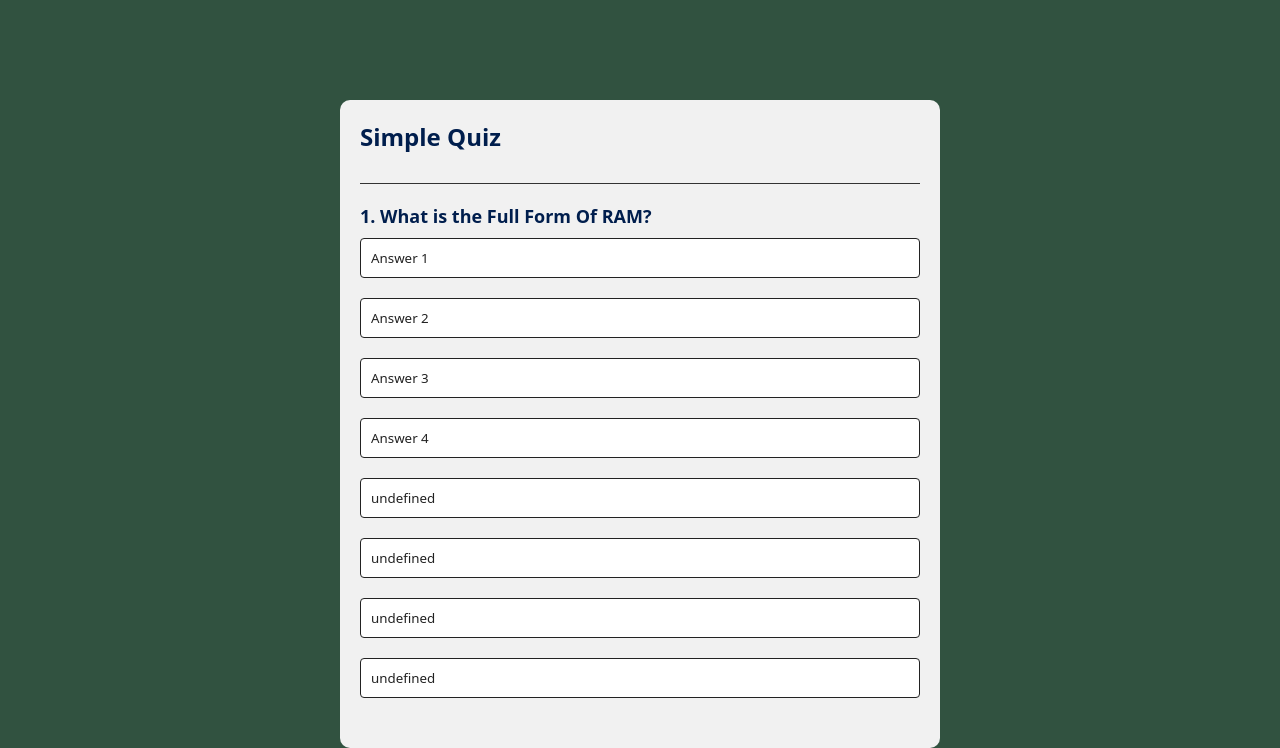
Repository: VickyJacob23/Quiz-App
Page: index.html
An editor plug-in stored every save of this project. The page is shown before and after the next save, followed by the edit.
The browser window is 1280 px wide. The pictures show the whole page.

Above is the page before, as saved 2024-08-05 16:42:20.

After the next save:
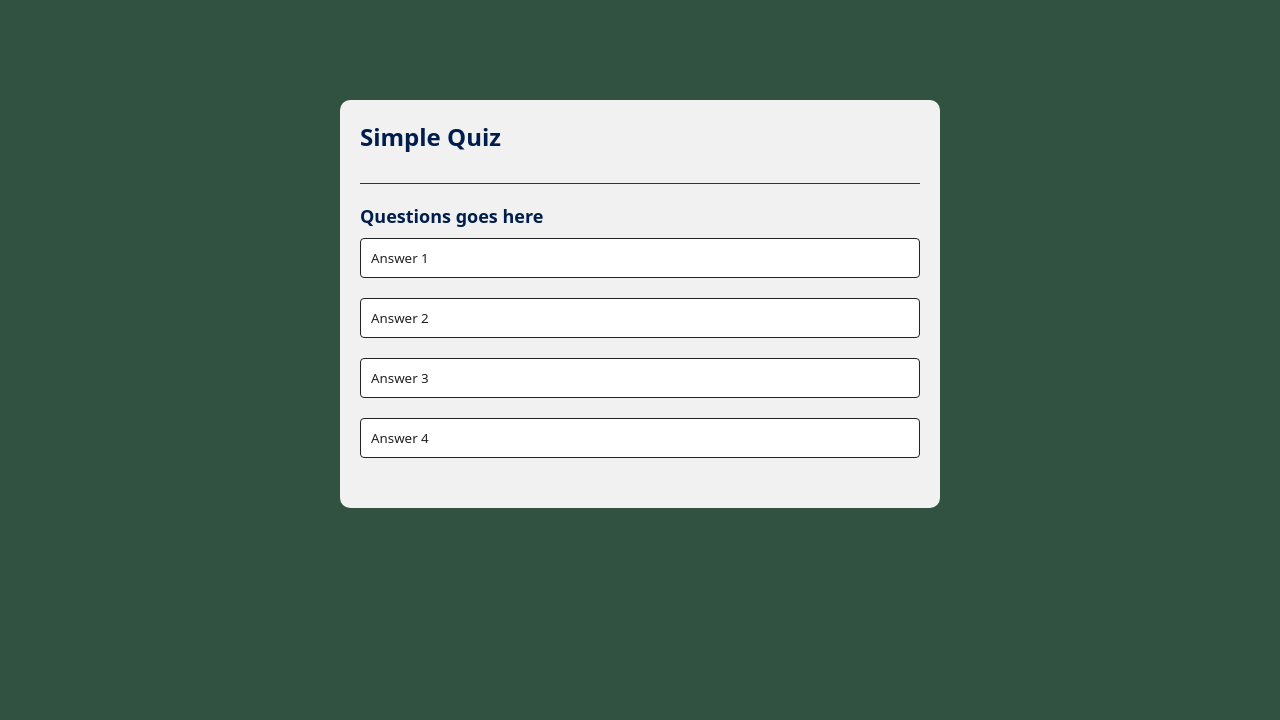
Console error: SyntaxError: Unexpected identifier 'hid'
Saved 2 min 0 s later.
--- a/script.js
+++ b/script.js
@@ -85,7 +85,7 @@
 
 //function that will be called to displays the questions
 function showQuestion() {
-    // resetState();
+    resetState();
     let currentQuestion = questions[currentQuestionIndex];
     let nextQuestion = currentQuestionIndex + 1;
     questionEl.innerHTML = nextQuestion + ". " + currentQuestion.question;
@@ -101,11 +101,11 @@
 
 startQuiz();
 
-//function to hid the previous state
-// function resetState() {
-//     nextButton.styles.display = "none";
-//     while (answerButtons.firstChild) {
-//         answerButtons.removeChild(answerButtons.firstChild);
-//     };
-// }
-// startQuiz();
+function to hid the previous state
+function resetState() {
+    nextButton.styles.display = "none";
+    while (answerButtons.firstChild) {
+        answerButtons.removeChild(answerButtons.firstChild);
+    };
+}
+startQuiz();

After the 2 saves that followed:
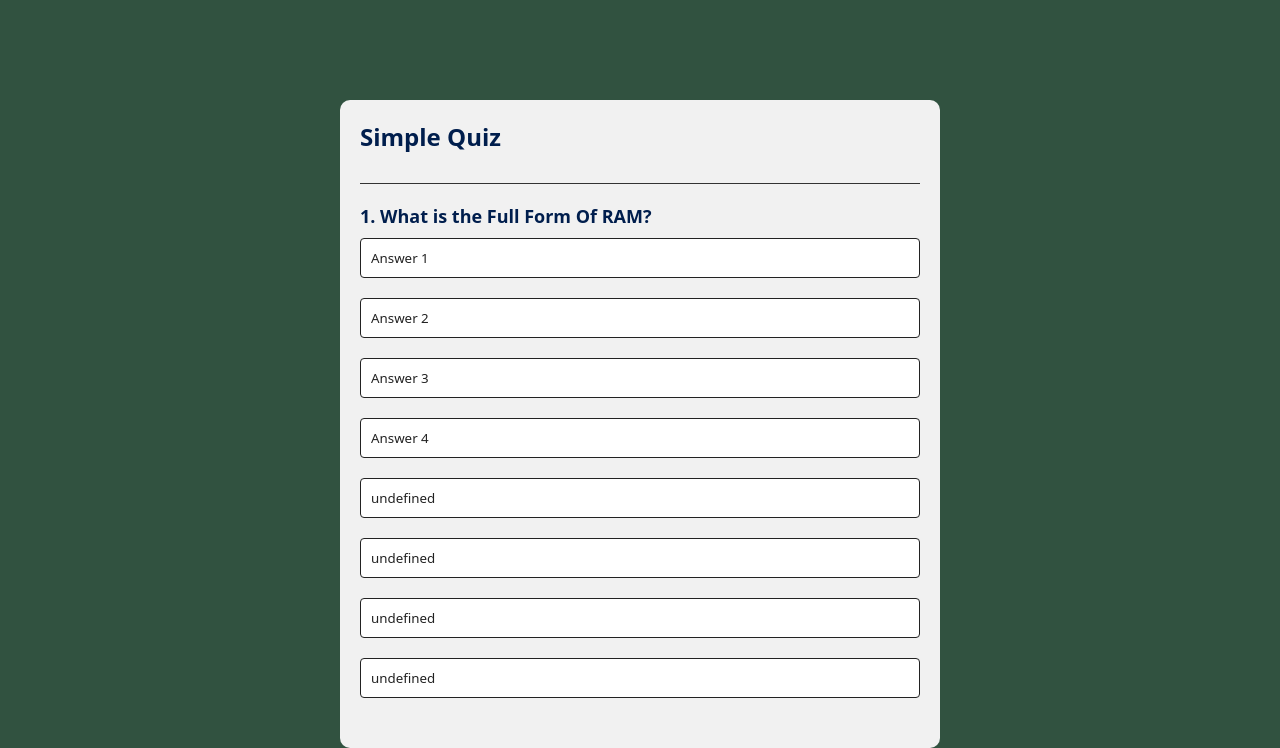
The error is gone.
The 2 saves are shown as one change because 1 left the picture as it was.
The last was saved 28 s later.
--- a/script.js
+++ b/script.js
@@ -85,7 +85,7 @@
 
 //function that will be called to displays the questions
 function showQuestion() {
-    resetState();
+    // resetState();
     let currentQuestion = questions[currentQuestionIndex];
     let nextQuestion = currentQuestionIndex + 1;
     questionEl.innerHTML = nextQuestion + ". " + currentQuestion.question;
@@ -101,11 +101,11 @@
 
 startQuiz();
 
-function to hid the previous state
-function resetState() {
-    nextButton.styles.display = "none";
-    while (answerButtons.firstChild) {
-        answerButtons.removeChild(answerButtons.firstChild);
-    };
-}
-startQuiz();
+// function to hid the previous state
+// function resetState() {
+//     nextButton.styles.display = "none";
+//     while (answerButtons.firstChild) {
+//         answerButtons.removeChild(answerButtons.firstChild);
+//     };
+// }
+// startQuiz();
